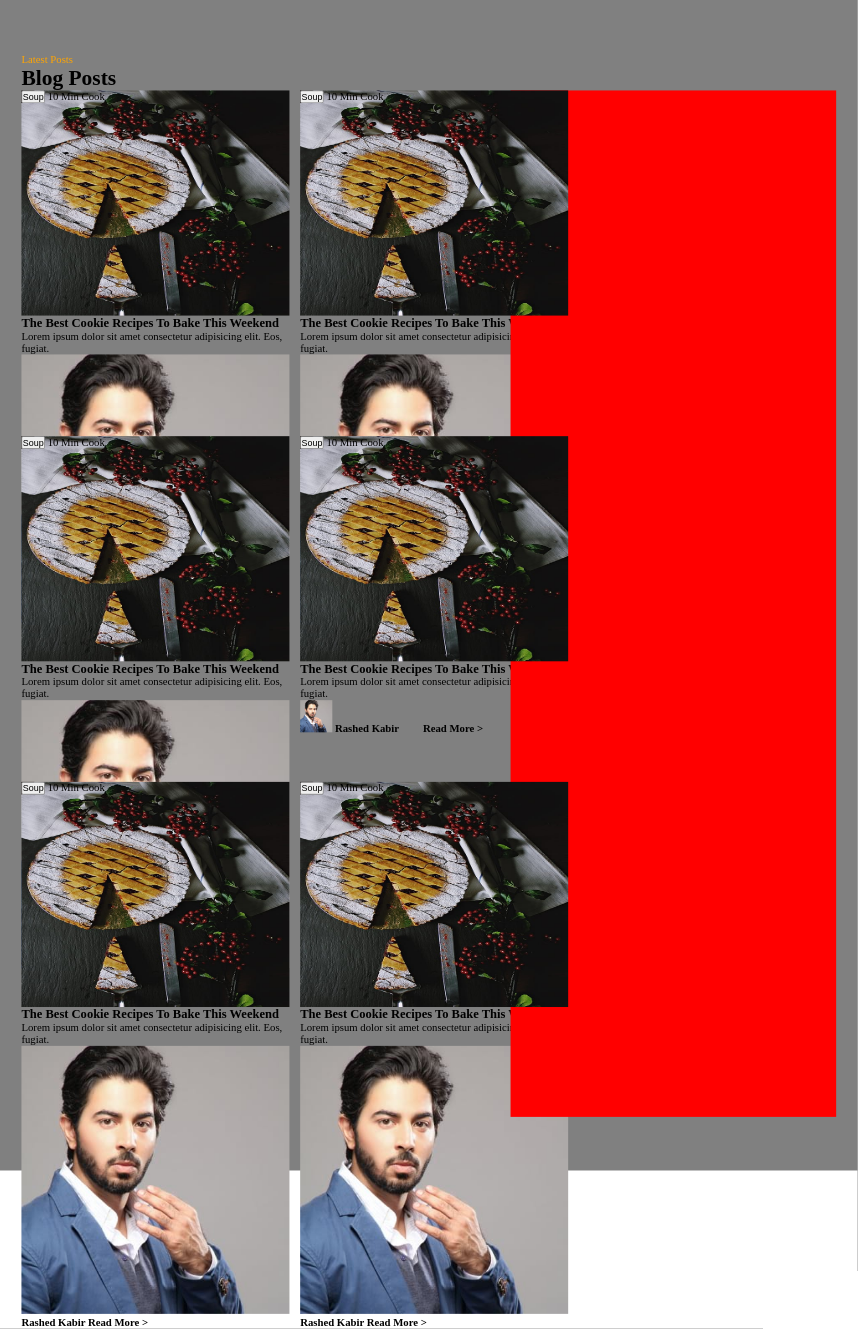
Repository: ngoctinvo/diner_project_cybersoft
Page: html/blog.html
The author's editor kept a copy of each file at every save. The page is drawn from the files as they stood at one save, then again after the next save.
The browser window is 1280 px wide. The pictures show the whole page, at 67% of full size.
The style sheet was rebuilt from its Sass, Less or Tailwind sources for each picture, by a compiler version that may differ from the author's.

Above is the page before, as saved 2022-04-19 00:07:38.

After the next save:
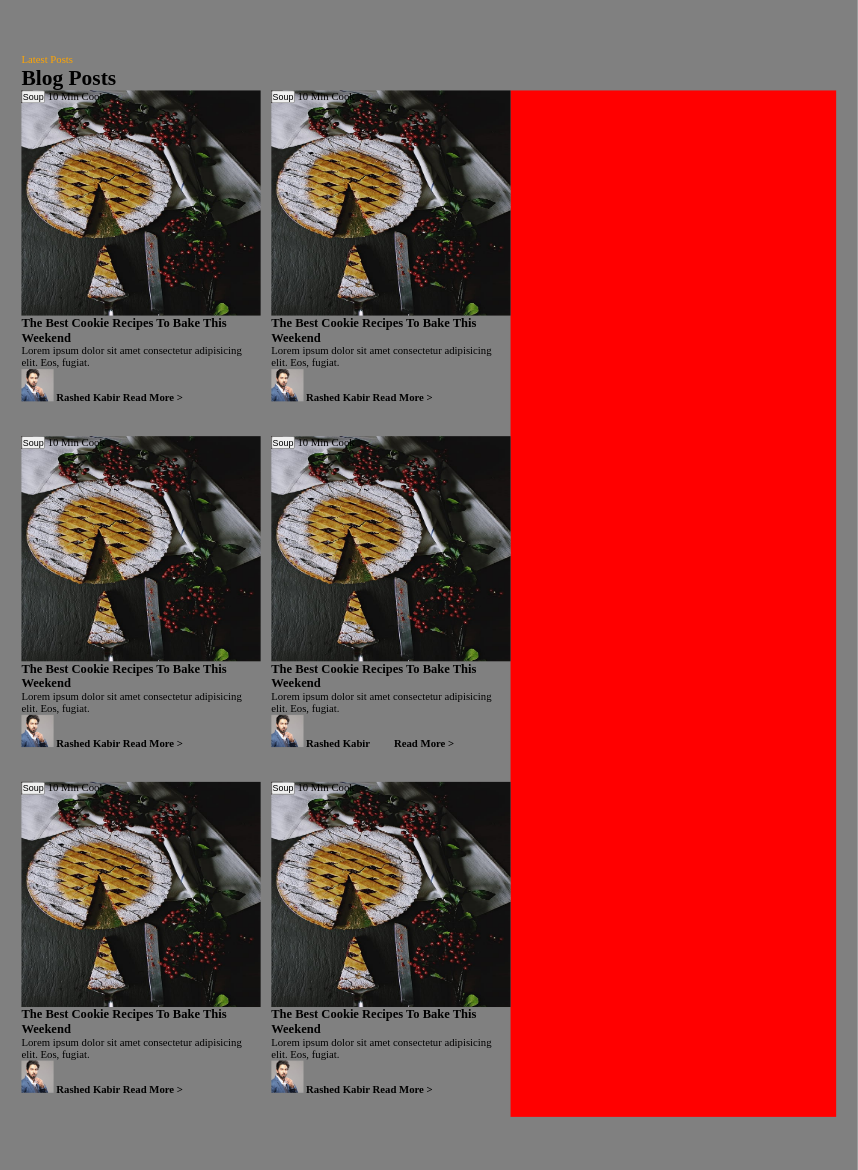
Saved 17 s later.
--- a/sass/blog.scss
+++ b/sass/blog.scss
@@ -47,11 +47,11 @@
                             }
                         }
                         .author {
+                            img {
+                                width: 3rem;
+                            }
                             .author-img {
                                 margin-right: 2rem;
-                                img {
-                                    width: 3rem;
-                                }
                             }
                             a {
                                 text-decoration: none;
